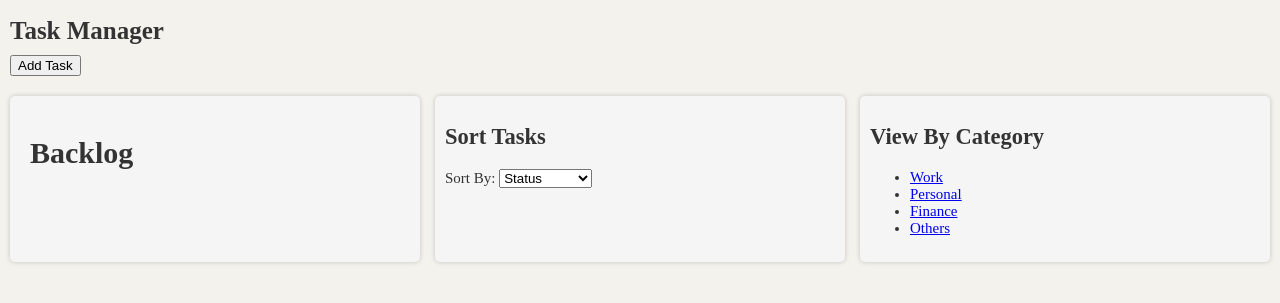
Repository: n-shen/task-tracker
Page: / (app in frontend/)
An editor plug-in stored every save of this project. The page is shown before and after the next save, followed by the edit.
The browser window is 1280 px wide. The pictures show the whole page.
The project was rebuilt for these pictures with package versions that can differ from the ones it lists, and the page was loaded fresh each time. Also part of the build but not shown: frontend/src/components/taskManager/addTask.jsx, frontend/src/components/tasks/task.jsx, frontend/src/components/taskManager/categoryTasks.jsx. Imported but missing from the stored project, and not drawn on this page: frontend/src/reportWebVitals.

Above is the page before, as saved 2023-04-20 13:29:16.

### frontend/public/index.html
<!DOCTYPE html>
<html lang="en">
  <head>
    <meta charset="utf-8" />
    <link rel="icon" href="%PUBLIC_URL%/favicon.ico" />
    <meta name="viewport" content="width=device-width, initial-scale=1" />
    <meta name="theme-color" content="#000000" />
    <meta
      name="description"
      content="Web site created using create-react-app"
    />
    <link rel="apple-touch-icon" href="%PUBLIC_URL%/logo192.png" />
    <!--
      manifest.json provides metadata used when your web app is installed on a
      user's mobile device or desktop. See https://developers.google.com/web/fundamentals/web-app-manifest/
    -->
    <link rel="manifest" href="%PUBLIC_URL%/manifest.json" />
    <!--
      Notice the use of %PUBLIC_URL% in the tags above.
      It will be replaced with the URL of the `public` folder during the build.
      Only files inside the `public` folder can be referenced from the HTML.

      Unlike "/favicon.ico" or "favicon.ico", "%PUBLIC_URL%/favicon.ico" will
      work correctly both with client-side routing and a non-root public URL.
      Learn how to configure a non-root public URL by running `npm run build`.
    -->
    <title>Task Tracker App</title>
  </head>
  <body>
    <noscript>You need to enable JavaScript to run this app.</noscript>
    <div id="root"></div>
    <!--
      This HTML file is a template.
      If you open it directly in the browser, you will see an empty page.

      You can add webfonts, meta tags, or analytics to this file.
      The build step will place the bundled scripts into the <body> tag.

      To begin the development, run `npm start` or `yarn start`.
      To create a production bundle, use `npm run build` or `yarn build`.
    -->
  </body>
</html>

### frontend/src/index.js
import React from "react";
import ReactDOM from "react-dom/client";
import "./styles/index.css";
import App from "./App";
import reportWebVitals from "./reportWebVitals";
import { BrowserRouter } from "react-router-dom";

const root = ReactDOM.createRoot(document.getElementById("root"));
root.render(
  <React.StrictMode>
    <BrowserRouter>
      <App />
    </BrowserRouter>
  </React.StrictMode>
);

// If you want to start measuring performance in your app, pass a function
// to log results (for example: reportWebVitals(console.log))
// or send to an analytics endpoint. Learn more: https://bit.ly/CRA-vitals
reportWebVitals();

### frontend/src/styles/index.css
body {
  margin: 0;
  font-family: -apple-system, BlinkMacSystemFont, 'Segoe UI', 'Roboto', 'Oxygen',
    'Ubuntu', 'Cantarell', 'Fira Sans', 'Droid Sans', 'Helvetica Neue',
    sans-serif;
  -webkit-font-smoothing: antialiased;
  -moz-osx-font-smoothing: grayscale;
  background-color: #f2f5f5;
}

code {
  font-family: source-code-pro, Menlo, Monaco, Consolas, 'Courier New',
    monospace;
}

html {
  font-size: 62.5%;
}

### frontend/src/App.js
import React from "react";
import TaskManager from "./components/taskManager/manager";


function App() {
  return (
    <div className="App">
      <TaskManager />
    </div>
  );
}

export default App;

### frontend/src/components/taskManager/manager.jsx
import React, { useState, useEffect } from "react";
import AddTaskForm from "./addTask";
import TaskList from "../tasks/taskLists";
import SortTasks from "./sortTasks";
import ViewByCategory from "./viewByCategory";
import CategoryTask from "./categoryTasks";
import { Routes, Route } from "react-router-dom";
import "../../styles/manager.css";

const TaskManager = () => {
  const [tasks, setTasks] = useState(
    JSON.parse(localStorage.getItem("tasks")) || []
  );
  const [showAddTask, setShowAddTask] = useState(false);

  useEffect(() => {
    localStorage.setItem("tasks", JSON.stringify(tasks));
  }, [tasks]);

  const handleAddTask = (task) => {
    setTasks([...tasks, task]);
    setShowAddTask(false);
  };

  const handleShowAddTask = () => {
    setShowAddTask(true);
  };

  const handleHideAddTask = () => {
    setShowAddTask(false);
  };

  const handleDeleteTask = (index) => {
    const newTasks = [...tasks];
    newTasks.splice(index, 1);
    setTasks(newTasks);
  };

  const handleEditTask = (index, newTask) => {
    const newTasks = [...tasks];
    newTasks[index] = newTask;
    setTasks(newTasks);
  };

  return (
    <div className="taskManager">
      <div className="taskManager--wrapper">
        <h1 className="taskManager--title">Task Manager</h1>
          <div className="taskManager--addTask">
            <div className="taskManager--addTask__btn">
              <button onClick={handleShowAddTask} className="addTask-btn">
                Add Task
              </button>
            </div>
            <div className="taskManager--addTask__container">
              {showAddTask && (
                <AddTaskForm
                  onAdd={handleAddTask}
                  onHideAddTask={handleHideAddTask}
                />
              )}
            </div>
          </div>
          <div className="taskManager--grid">
          <div className="taskManager--taskList">
            <TaskList
              tasks={tasks}
              onDelete={handleDeleteTask}
              onEdit={handleEditTask}
            />
          </div>
          <div className="taskManager--sort">
            <SortTasks tasks={tasks} />
          </div>
          <div className="taskManager--view">
            <Routes>
              <Route path="/" element={<ViewByCategory tasks={tasks} />} />
              <Route
                path="/category/:category"
                element={<CategoryTask tasks={tasks} />}
              />
            </Routes>
          </div>
        </div>
      </div>
    </div>
  );
};

export default TaskManager;

### frontend/src/components/tasks/taskLists.jsx

import React from "react";
import Task from "./task";
import "../../styles/taskList.css";

const TaskList = ({ tasks, onDelete, onEdit }) => {
  return (
    <div className="taskList">
      <h1 className="taskList--head">Backlog</h1>
      {tasks.map((task, index) => (
        <Task
          key={index}
          index={index}
          task={task}
          onDelete={onDelete}
          onEdit={onEdit}
        />
      ))}
    </div>
  );
};

export default TaskList;

### frontend/src/components/taskManager/sortTasks.jsx
import { React, useState } from "react";

const SortTask = ({ tasks }) => {
  const [sortBy, setSortBy] = useState("status");

  const sortedTasks =
    tasks?.slice().sort((a, b) => {
      switch (sortBy) {
        case "title":
          return a.title.localeCompare(b.title);
        case "status":
          return a.status.localeCompare(b.status);
        case "dateAdded":
          return new Date(a.dateAdded) - new Date(b.dateAdded);
        case "dueDate":
          return new Date(a.dueDate) - new Date(b.dueDate);
        case "category":
          return a.category.localeCompare(b.category);
        default:
          return 0;
      }
    }) || [];

  const handleSortBy = (e) => {
    setSortBy(e.target.value);
  };

  return (
    <div>
      <h2>Sort Tasks</h2>
      <div>
        <label htmlFor="sort">Sort By: </label>
        <select name="sort" value={sortBy} onChange={handleSortBy}>
          <option value="title">Title</option>
          <option value="status">Status</option>
          <option value="dateAdded">Date Added</option>
          <option value="dueDate">Due Date</option>
        </select>
      </div>
      <div>
        <ul>
          {sortedTasks.map((task, index) => (
            <li key={index}>
              <h4>{task.title}</h4>
              <p>{task.description}</p>
              <p>Status: {task.status}</p>
              <p>Date Added: {task.dateAdded}</p>
              <p>Due Date: {task.dueDate}</p>
              <p>Category: {task.category}</p>
            </li>
          ))}
        </ul>
      </div>
    </div>
  );
};

export default SortTask;

### frontend/src/components/taskManager/viewByCategory.jsx
import React from "react";
import { Link, useParams } from "react-router-dom";

const ViewByCategory = ({ tasks }) => {
  const categories = ["Work", "Personal", "Finance", "Others"];
  const { category } = useParams();

  const tasksByCategory = (category) => {
    return tasks.filter((task) => task.category === category);
  };

  return (
    <div>
      <h2>View By Category</h2>
      <ul>
        {categories.map((categoryName) => (
          <li key={categoryName}>
            <Link to={`/category/${categoryName}`}>
              {categoryName}
            </Link>
          </li>
        ))}
      </ul>
      {category && (
        <div>
          <h3>{category}</h3>
          <ul>
            {tasksByCategory(category).map((task, index) => (
              <li key={index}>
                <div>Title: {task.title}</div>
                <div>Description: {task.description}</div>
                <div>Status: {task.status}</div>
                <div>Due Date: {task.dueDate}</div>
                <div>Category: {task.category}</div>
              </li>
            ))}
          </ul>
        </div>
      )}
    </div>
  );
};

export default ViewByCategory;

### frontend/src/styles/manager.css
.taskManager {
    background-color: #f3f2ed;
    width: 100vw;
    min-height: 100vh;
    display: flex;
    flex-direction: column;
    font-family: 'Fira Sans';
    font-size: 1.5rem;
    font-weight: 400;
    color: #333;
}

.taskManager--wrapper {
    padding: 0 1rem;
}

.taskManager--title {
    font-size: 2.5rem;
    font-weight: 700;
    margin-bottom: 1rem;
}

.taskManager--grid {
    display: grid;
    grid-template-columns: repeat(3, minmax(min-content, 1fr));
    grid-gap: 1.5rem;
    width: 100%;
    padding-top: 2rem;
}

.taskManager--grid > div {
    background-color: 	#F5F5F5;
    border-radius: 0.5rem;
    padding: 1rem;
    box-shadow: 0 0 0.5rem rgba(0, 0, 0, 0.2);
}

### frontend/src/styles/taskList.css
.taskList {
  display: flex;
  flex-direction: column;
  align-items: flex-start;
  width: 100%;
  height: 100%;
  padding: 0 1rem;
}

.taskList--head {
  display: flex;
  justify-content: space-between;
  align-items: center;
  width: 100%;
  padding: 1rem 0;
}

After the next save:
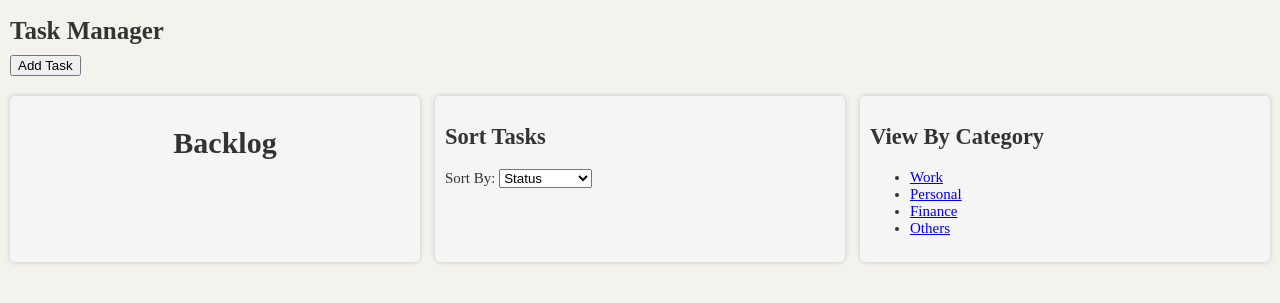
Saved 10 s later.
--- a/frontend/src/styles/taskList.css
+++ b/frontend/src/styles/taskList.css
@@ -8,9 +8,5 @@
 }
 
 .taskList--head {
-  display: flex;
-  justify-content: space-between;
-  align-items: center;
-  width: 100%;
-  padding: 1rem 0;
+  align-self: center;
 }
